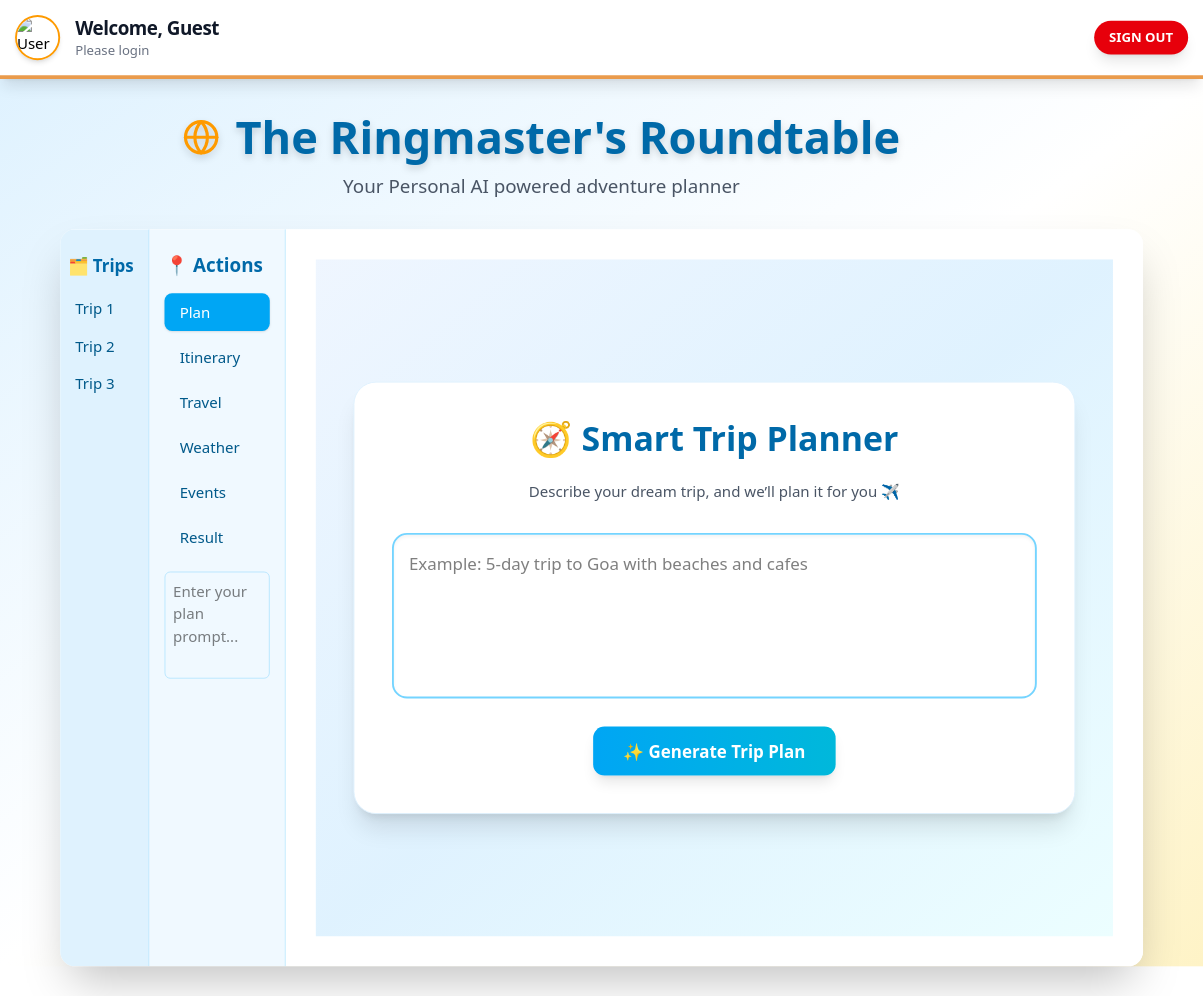
Repository: vega2006/The-Ringmaster-s-Roundtable
Page: /prompt (app in client/)
These files come from the project's save history. The page is drawn as it stood at one moment and after the next save; the edit follows.
The browser window is 1280 px wide. The pictures show the whole page, at 94% of full size.
The page's requests for data from a server got no answer. The project was rebuilt for these pictures with package versions that can differ from the ones it lists, and the page was loaded fresh each time. No one was signed in, and anything a server would have sent is missing. Also part of the build but not shown: client/vite.config.js, client/src/components/GoogleLogin.jsx, client/src/components/NotFound.jsx, client/src/components/Sidebar.jsx, client/src/components/PlanInput.jsx, client/src/components/WeatherContent.jsx, client/src/components/TravelContent.jsx, client/src/components/ItineraryContent.jsx and 8 more.

Above is the page before, as saved 2025-10-09 16:54:32.

After the next save:
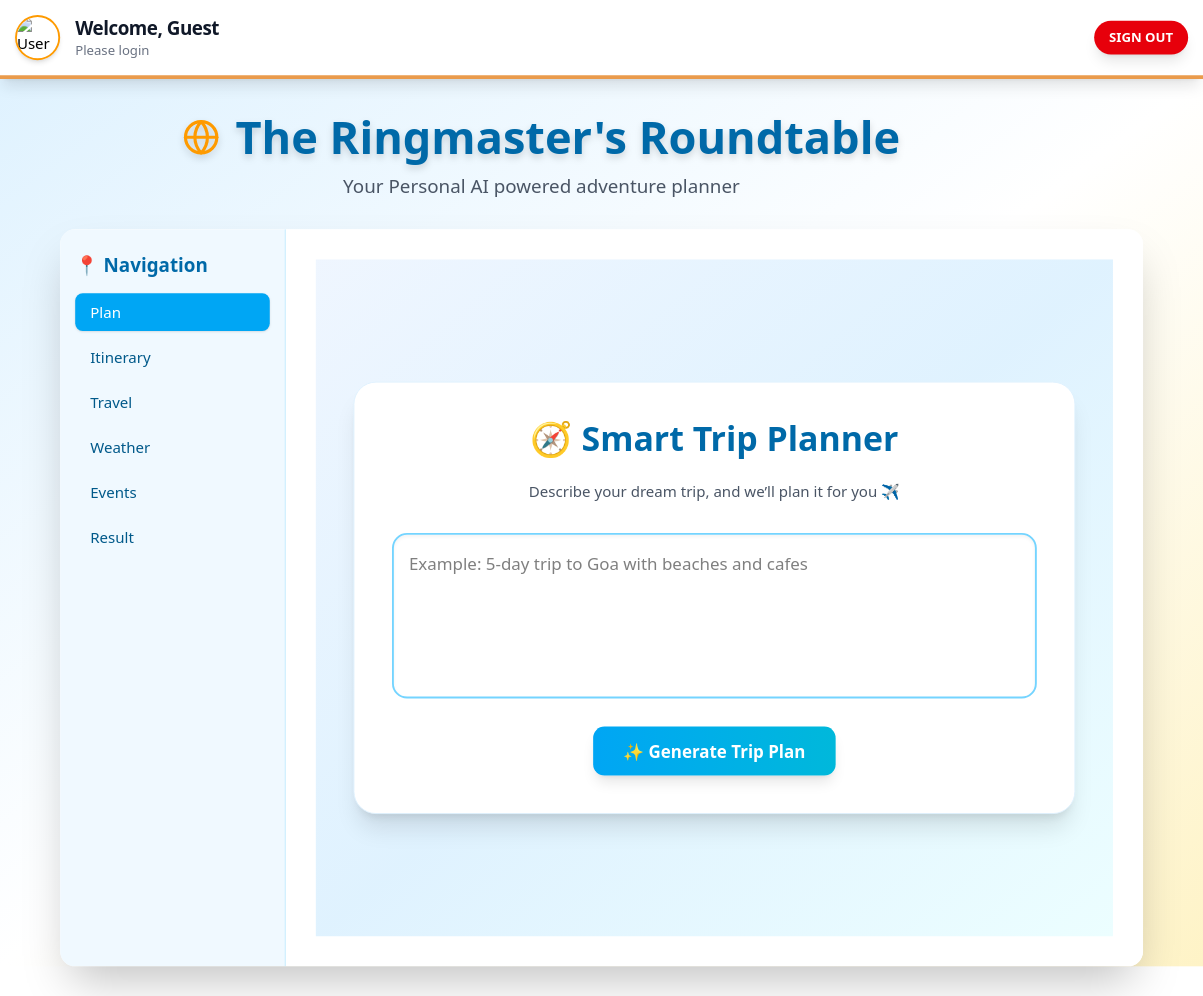
Saved 10 s later.
--- a/client/src/components/PromptBasedSideBar.jsx
+++ b/client/src/components/PromptBasedSideBar.jsx
@@ -1,94 +1,28 @@
 import { useTrip } from "../contexts/TripContext";
 import { TABS } from "../utils/PromptBasedConstants";
-import { useState } from "react";
 
-export default function PromptBasedSidebar({ userId }) {
+export default function PromptBasedSidebar() {
   const { activeTab, setActiveTab, isResultAvailable } = useTrip();
-  const [activeTabId, setActiveTabId] = useState(null); // left sidebar selection
-  const [prompt, setPrompt] = useState("");
-
-  const tabIds = ["Trip 1", "Trip 2", "Trip 3"]; // example tabIds
-  const tripIds = {
-    "Trip 1": "trip_001",
-    "Trip 2": "trip_002",
-    "Trip 3": "trip_003",
-  };
-
-  const handlePlan = async () => {
-    if (!activeTabId || !prompt) return;
-
-    const tripId = tripIds[activeTabId];
-
-    try {
-      const res = await fetch("/api/trip", {
-        method: "POST",
-        headers: {
-          "Content-Type": "application/json",
-        },
-        body: JSON.stringify({ userId, tripId, prompt }),
-      });
-
-      const data = await res.json();
-      console.log("Backend response:", data);
-    } catch (err) {
-      console.error("Error sending plan:", err);
-    }
-  };
 
   return (
-    <div className="flex h-full">
-      {/* Left sidebar: Tab IDs */}
-      <aside className="w-32 bg-sky-100 border-r border-sky-200 py-6 px-2">
-        <h2 className="text-lg font-semibold mb-4 text-sky-700">🗂 Trips</h2>
-        <nav className="flex flex-col space-y-2">
-          {tabIds.map((tabId) => (
-            <button
-              key={tabId}
-              onClick={() => setActiveTabId(tabId)}
-              className={`px-2 py-1 text-left rounded-md font-medium transition-all ${
-                activeTabId === tabId
-                  ? "bg-sky-500 text-white shadow"
-                  : "hover:bg-sky-200 text-sky-800"
-              }`}
-            >
-              {tabId}
-            </button>
-          ))}
-        </nav>
-      </aside>
-
-      {/* Right sidebar: TABS */}
-      <aside className="w-48 bg-sky-50 border-r border-sky-200 py-6 px-4">
-        <h2 className="text-xl font-semibold mb-4 text-sky-700">📍 Actions</h2>
-        <nav className="flex flex-col space-y-2">
-          {TABS.map((tab) => (
-            <button
-              key={tab}
-              disabled={tab !== "Plan" && !isResultAvailable}
-              onClick={() => {
-                setActiveTab(tab);
-                if (tab === "Plan") handlePlan();
-              }}
-              className={`px-4 py-2 text-left rounded-lg font-medium transition-all ${
-                activeTab === tab
-                  ? "bg-sky-500 text-white shadow"
-                  : "hover:bg-sky-100 text-sky-800"
-              } ${tab !== "Plan" && !isResultAvailable ? "opacity-50 cursor-not-allowed" : ""}`}
-            >
-              {tab}
-            </button>
-          ))}
-        </nav>
-
-        {/* Optional prompt input */}
-        <textarea
-          value={prompt}
-          onChange={(e) => setPrompt(e.target.value)}
-          placeholder="Enter your plan prompt..."
-          className="mt-4 w-full p-2 border border-sky-200 rounded-md resize-none"
-          rows={4}
-        />
-      </aside>
-    </div>
+    <aside className="bg-sky-50 border-r border-sky-200 py-6 px-4">
+      <h2 className="text-xl font-semibold mb-4 text-sky-700">📍 Navigation</h2>
+      <nav className="flex flex-col space-y-2">
+        {TABS.map((tab) => (
+          <button
+            key={tab}
+            disabled={tab !== "Plan" && !isResultAvailable}
+            onClick={() => setActiveTab(tab)}
+            className={`px-4 py-2 text-left rounded-lg font-medium transition-all ${
+              activeTab === tab
+                ? "bg-sky-500 text-white shadow"
+                : "hover:bg-sky-100 text-sky-800"
+            } ${tab !== "Plan" && !isResultAvailable ? "opacity-50 cursor-not-allowed" : ""}`}
+          >
+            {tab}
+          </button>
+        ))}
+      </nav>
+    </aside>
   );
 }
